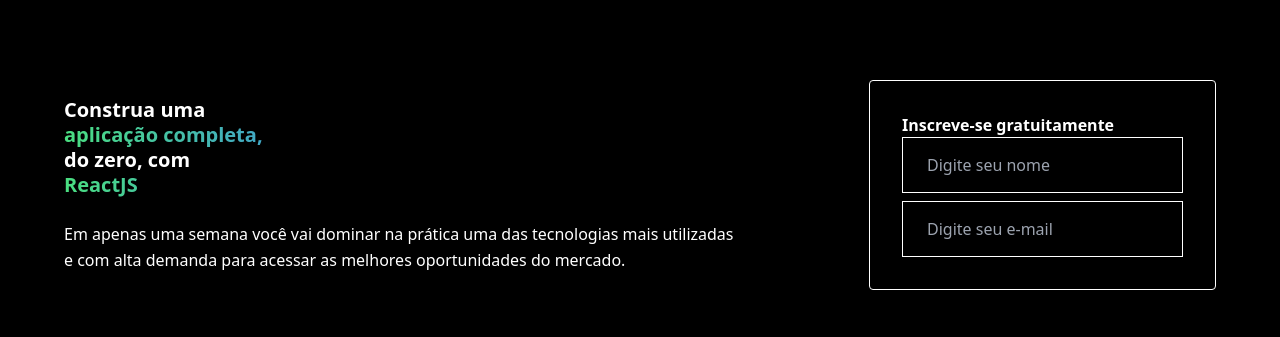
Repository: LuisSempre/Ignite-Lab---ReactJs-2022
Page: /
These files come from the project's save history. The page is drawn as it stood at one moment and after the next save; the edit follows.
The browser window is 1280 px wide. The pictures show the whole page.
The project was rebuilt for these pictures with package versions that can differ from the ones it lists, and the page was loaded fresh each time. Also part of the build but not shown: vite.config.ts, components/Header.tsx, components/Lesson.tsx, components/Sidebar.tsx, pages/Event.tsx. Imported but missing from the stored project, and not drawn on this page: components/Video.

Above is the page before, as saved 2022-06-24 23:53:00.

### index.html
<!DOCTYPE html>
<html lang="en">
  <head>
    <meta charset="UTF-8" />
    <link rel="icon" type="image/svg+xml" href="/src/icon.png" />
    <meta name="viewport" content="width=device-width, initial-scale=1.0" />
    <title>Vite App</title>
  </head>
  <body>
    <div id="root"></div>
    <script type="module" src="/src/main.tsx"></script>
  </body>
</html>

### src/main.tsx
import React from 'react'
import ReactDOM from 'react-dom/client'
import App from './App'
import './index.css'

ReactDOM.createRoot(document.getElementById('root')!).render(
  <React.StrictMode>
      <App />
  </React.StrictMode>
)

### src/App.tsx
import { ApolloProvider, gql, useQuery } from "@apollo/client"
import { Router } from "../Router"
import { client } from '../lib/apollo'
import { BrowserRouter } from "react-router-dom"

function App() {
  return (
    <ApolloProvider client={client}>
      <BrowserRouter>
        <Router />
      </BrowserRouter>
    </ApolloProvider>
  )
}

export default App

### Router.tsx
import { Route, Routes } from "react-router-dom";
import { Event } from './pages/Event'
import { Subscribe } from './pages/Subscribe'
export function Router() {
    return(
      <Routes>
           <Route path="/" element={<Subscribe />}/>
           <Route path="/event" element={<Event />}/>
           <Route path="/event/lesson/:slug" element={<Event />}/>
      </Routes>
    )
}

### lib/apollo.ts
import { ApolloClient, InMemoryCache } from "@apollo/client";

export const client = new ApolloClient({
  uri: 'https://api-sa-east-1.graphcms.com/v2/cl4n4k5w68h3x01yra00r5rzf/master',
  cache: new InMemoryCache(),
})

### pages/Subscribe.tsx
export function Subscribe() {

    return (
        <div className='flex flex-col items-center min-h-screen'>
            <div className="flex items-center justify-between w-full max-w-6xl mx-auto mt-20">
                <div className="max-w-2xl">
                    <h1 className="mb-6 text-xl font-extrabold leading-tight">
                        Construa uma&nbsp;
                         <span className="block w-full text-transparent bg-clip-text bg-gradient-to-r from-green-400 via-blue-500 to-purple-500">
                            aplicação completa,&nbsp;
                        </span>
                        do zero, com&nbsp;
                         <span className="block w-full text-transparent bg-clip-text bg-gradient-to-r from-green-400 via-blue-500 to-purple-500">
                             ReactJS
                        </span>
                    </h1>
                    <p className="leading-relaxed">
                        Em apenas uma semana você vai dominar na prática uma das tecnologias mais utilizadas e com alta demanda para acessar as melhores oportunidades do mercado.
                    </p>
                </div>
                <div className="p-8 border border-white rounded">
                    <strong>Inscreve-se gratuitamente</strong>
                    <form action="" className="flex flex-col w-full gap-2">
                        <input className="px-6 bg-black border border-white h-14" type="text" placeholder="Digite seu nome"/>
                        <input className="px-6 bg-black border border-white h-14" type="text" placeholder="Digite seu e-mail"/>
                    </form>
                </div>
            </div>
        </div>
    )
}

Loaded but not shown: src/index.css (common file); tailwind.config.js (common file)

After the next save:
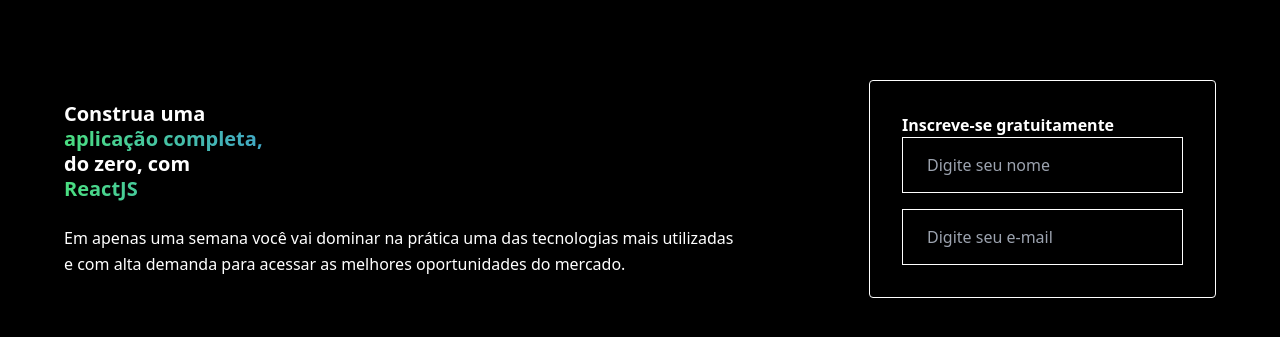
Saved 31 s later.
--- a/pages/Subscribe.tsx
+++ b/pages/Subscribe.tsx
@@ -20,7 +20,7 @@
                 </div>
                 <div className="p-8 border border-white rounded">
                     <strong>Inscreve-se gratuitamente</strong>
-                    <form action="" className="flex flex-col w-full gap-2">
+                    <form action="" className="flex flex-col w-full gap-4">
                         <input className="px-6 bg-black border border-white h-14" type="text" placeholder="Digite seu nome"/>
                         <input className="px-6 bg-black border border-white h-14" type="text" placeholder="Digite seu e-mail"/>
                     </form>

After the save that followed:
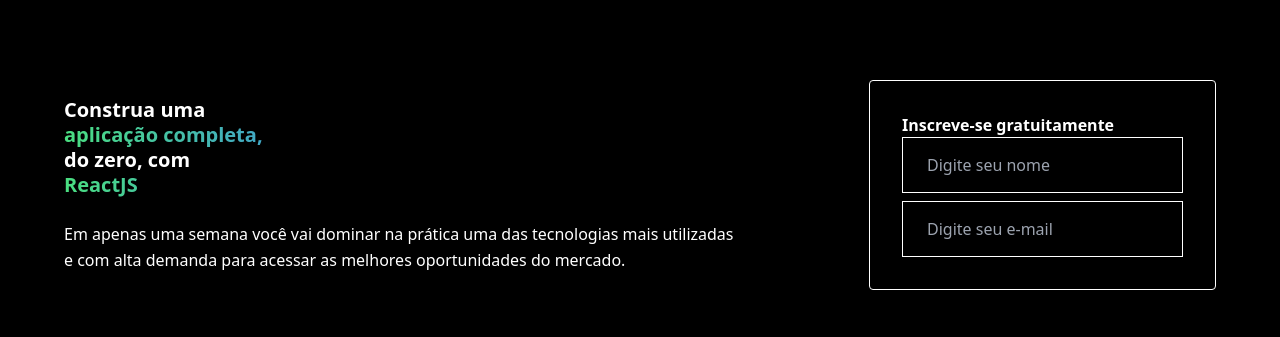
Saved 10 s later.
--- a/pages/Subscribe.tsx
+++ b/pages/Subscribe.tsx
@@ -20,7 +20,7 @@
                 </div>
                 <div className="p-8 border border-white rounded">
                     <strong>Inscreve-se gratuitamente</strong>
-                    <form action="" className="flex flex-col w-full gap-4">
+                    <form action="" className="flex flex-col w-full gap-2">
                         <input className="px-6 bg-black border border-white h-14" type="text" placeholder="Digite seu nome"/>
                         <input className="px-6 bg-black border border-white h-14" type="text" placeholder="Digite seu e-mail"/>
                     </form>
